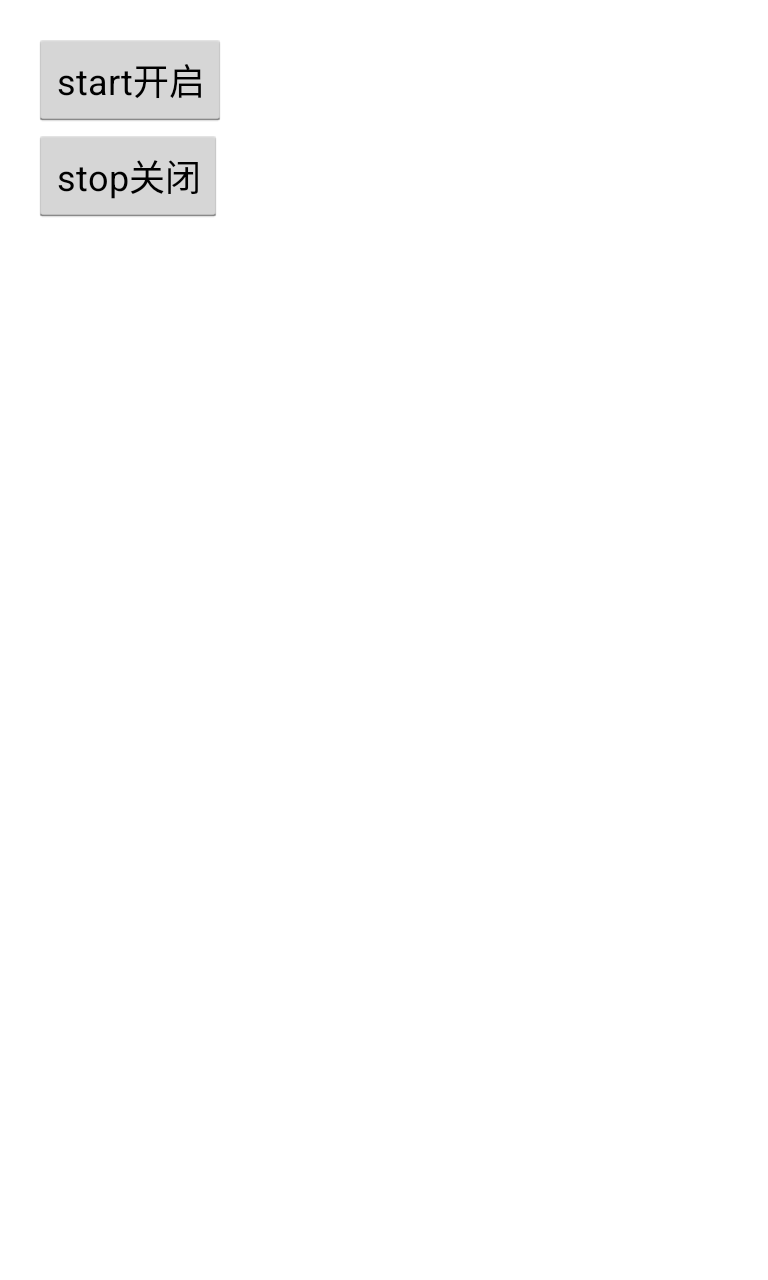
Repository: nickof/study
Layout: Android/itheima/day12服务/代码/Day12_06_混合方式开启服务/res/layout/activity_main.xml
The author's editor kept a copy of each file at every save. The layout is drawn from the files as they stood at one save, then again after the next save.
It is drawn on a 768 x 1280 px phone screen (xhdpi) without system bars, with theme AppTheme; the app's code is not run.

Above is the layout before, as saved 2016-09-20 07:22:54.

### Android/itheima/day12服务/代码/Day12_06_混合方式开启服务/res/layout/activity_main.xml
<LinearLayout xmlns:android="http://schemas.android.com/apk/res/android"
    xmlns:tools="http://schemas.android.com/tools"
    android:layout_width="match_parent"
    android:layout_height="match_parent"
    android:paddingBottom="@dimen/activity_vertical_margin"
    android:paddingLeft="@dimen/activity_horizontal_margin"
    android:paddingRight="@dimen/activity_horizontal_margin"
    android:paddingTop="@dimen/activity_vertical_margin"
    android:orientation="vertical"
    tools:context=".MainActivity" >

    <Button
        android:layout_width="wrap_content"
        android:layout_height="wrap_content"
        android:onClick="start"
        android:text="start开启" />
    <Button
        android:layout_width="wrap_content"
        android:layout_height="wrap_content"
        android:onClick="stop"
        android:text="stop关闭" />

</LinearLayout>

Loaded but not shown: Android/itheima/day12服务/代码/Day12_06_混合方式开启服务/res/values/styles.xml (common file); Android/itheima/day12服务/代码/Day12_06_混合方式开启服务/res/values-v11/styles.xml (common file); Android/itheima/day12服务/代码/Day12_06_混合方式开启服务/res/values-v14/styles.xml (common file); Android/itheima/day12服务/代码/Day12_06_混合方式开启服务/res/values/dimens.xml (common file)

After the next save:
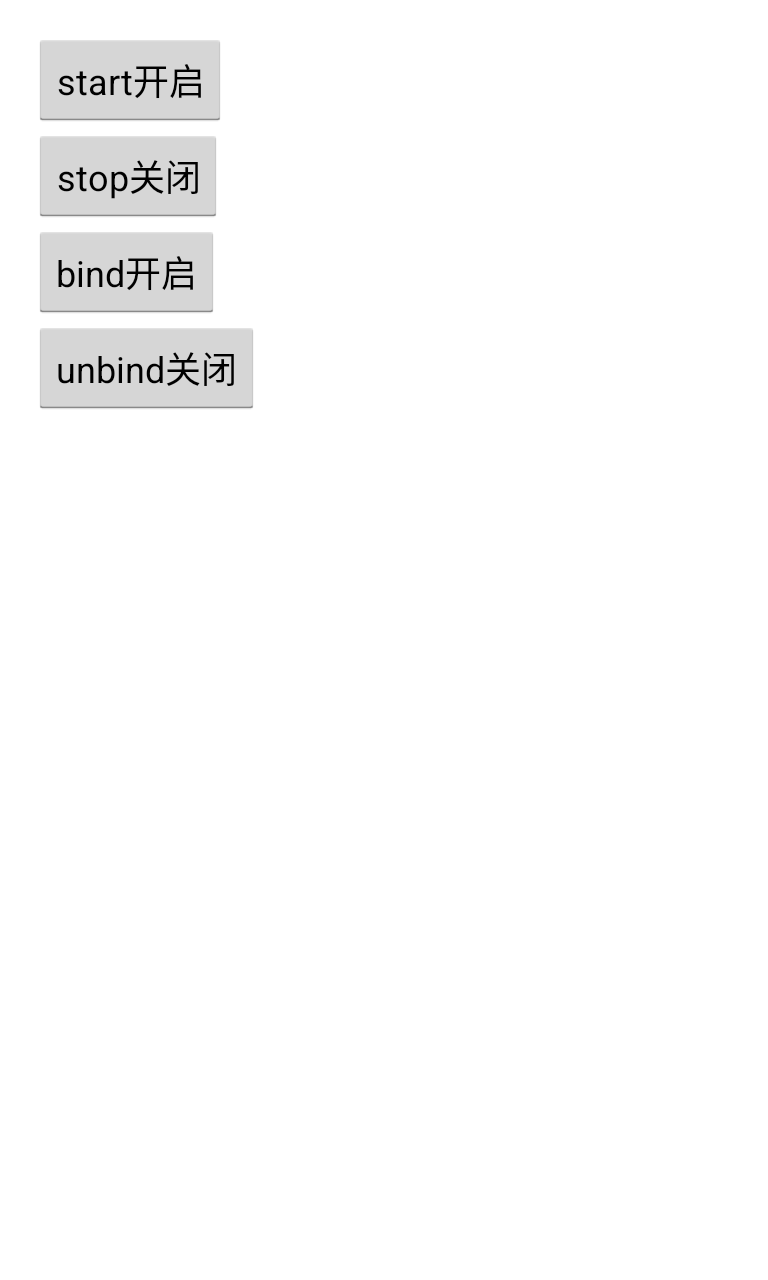
Saved 19 s later.
--- a/Android/itheima/day12服务/代码/Day12_06_混合方式开启服务/res/layout/activity_main.xml
+++ b/Android/itheima/day12服务/代码/Day12_06_混合方式开启服务/res/layout/activity_main.xml
@@ -19,5 +19,15 @@
         android:layout_height="wrap_content"
         android:onClick="stop"
         android:text="stop关闭" />
+     <Button
+        android:layout_width="wrap_content"
+        android:layout_height="wrap_content"
+        android:onClick="bind"
+        android:text="bind开启" />
+    <Button
+        android:layout_width="wrap_content"
+        android:layout_height="wrap_content"
+        android:onClick="unbind"
+        android:text="unbind关闭" />
 
 </LinearLayout>
